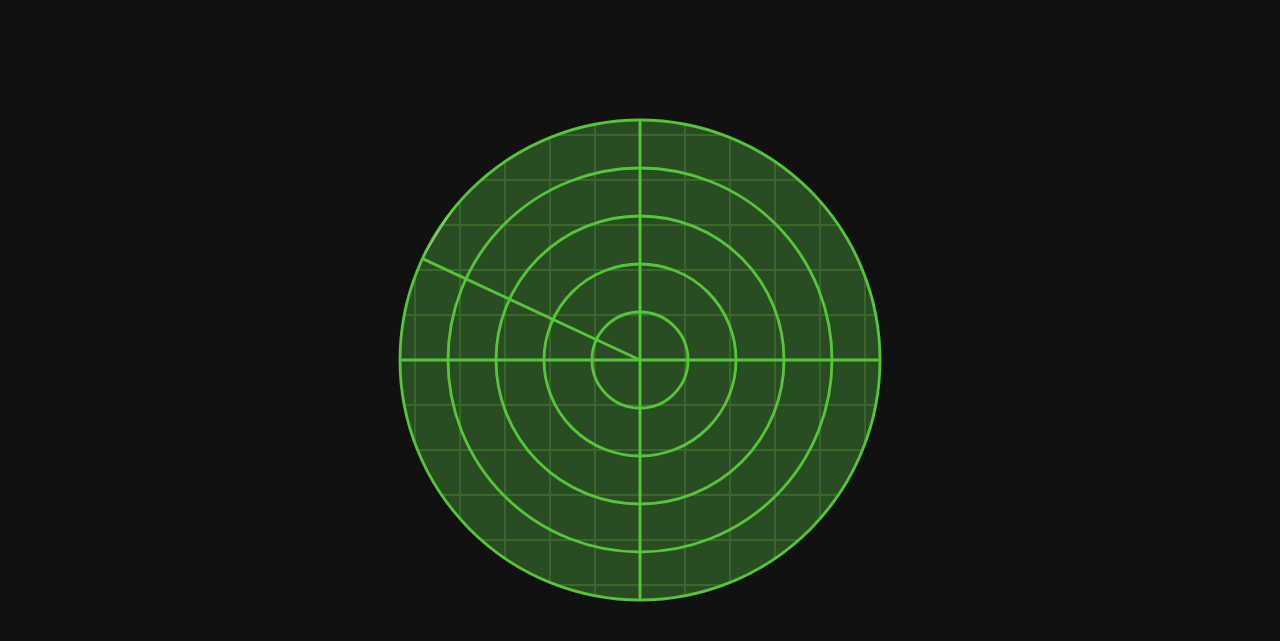
Repository: pedro-mancano/ProjetoCDM204
Page: scripts/radar.html
The author's editor kept a copy of each file at every save. The page is drawn from the files as they stood at one save, then again after the next save.
The browser window is 1280 px wide. The pictures show the whole page.

Above is the page before, as saved 2024-11-27 09:02:40.

### scripts/radar.html
<html>

<head>
  <title>Radars</title>
  <link rel="stylesheet" type="text/css" href="./radar.css">
</head>

<body>
  <div class="radar">
    <canvas id="radarCanvas" width="400" height="400"></canvas>
  </div>
  <script src="./radar.js"></script>

</html>

### scripts/radar.css
html,
body {
  background-color: #111;
  height: 100%;
  margin: 0;
  width: 100%;
}

.radar {
  height: 100%;
  width: 100%;
  display: flex;
}

#radarCanvas {
  margin: auto;
  position: relative;
}

### scripts/radar.js
const canvas = document.getElementById('radarCanvas');
const ctx = canvas.getContext('2d');
let lastDraw = performance.now();

size = Math.min(window.innerWidth, window.innerHeight);

ctx.canvas.width = size;
ctx.canvas.height = size;

scaleFactor = size / 500;

angle = 5;

function draw(elapsed) {
  ctx.clearRect(0, 0, canvas.width, canvas.height);

  angle += 0.5;

  const height = canvas.height;
  const width = canvas.width;
  const r = canvas.height / 3;
  const R = canvas.height / 2;


  // Draw the radar circle
  ctx.fillStyle = '#294c22';
  ctx.beginPath();
  ctx.arc(R, R, r, 0, 2 * Math.PI);
  ctx.fill();

  //
  ctx.strokeStyle = '#3a682e';
  ctx.lineWidth = scaleFactor;
  for (let i = 0; i < 2 * R; i += R / 8) {
    for (let j = 0; j < 2 * R; j += R / 8) {
      ctx.beginPath();
      ctx.moveTo(i, 0);
      ctx.lineTo(i, 2 * R);
      ctx.stroke();
      ctx.beginPath();
      ctx.moveTo(0, j);
      ctx.lineTo(2 * R, j);
      ctx.stroke();
    }
  }

  // Clear the outside circle
  ctx.globalCompositeOperation = 'destination-in';
  ctx.fillStyle = '#FFFFFF';
  ctx.beginPath();
  ctx.arc(R, R, r, 0, 2 * Math.PI);
  ctx.fill();
  ctx.globalCompositeOperation = 'source-over';


  // Draw grid lines (4 lines, 90 degrees apart)
  ctx.strokeStyle = '#54c638';
  ctx.lineWidth = 2 * scaleFactor;
  for (let i = 0; i < 360; i += 90) {
    ctx.beginPath();
    ctx.moveTo(R, R);
    ctx.lineTo(R + r * Math.cos(i * Math.PI / 180), R + r * Math.sin(i * Math.PI / 180));
    ctx.stroke();
  }

  // Circle outlines 5
  for (let i = 0; i < 6; i++) {
    ctx.beginPath();
    ctx.arc(R, R, r / 5 * i, 0, 2 * Math.PI);
    ctx.stroke();
  }

  // Draw the radar sweep
  ctx.strokeStyle = '#54c638';
  ctx.lineWidth = 2 * scaleFactor;
  ctx.beginPath();
  ctx.moveTo(R, R);
  ctx.lineTo(R + r * Math.cos(-angle * Math.PI / 180), R + r * Math.sin(-angle * Math.PI / 180));
  ctx.stroke();

  // Draw the radar arc sweep (15 deg) low opacity
  ctx.strokeStyle = '#54c638';
  ctx.lineWidth = 2 * scaleFactor;
  ctx.globalAlpha = 0.3;
  ctx.beginPath();
  ctx.arc(R, R, r, -angle * Math.PI / 180, (-angle + 15) * Math.PI / 180);
  ctx.fill();
  ctx.globalAlpha = 1;
}

function drawLoop() {
  draw(performance.now() - lastDraw);
  lastDraw = performance.now();
  requestAnimationFrame(drawLoop);
}

requestAnimationFrame(drawLoop);

After the next save:
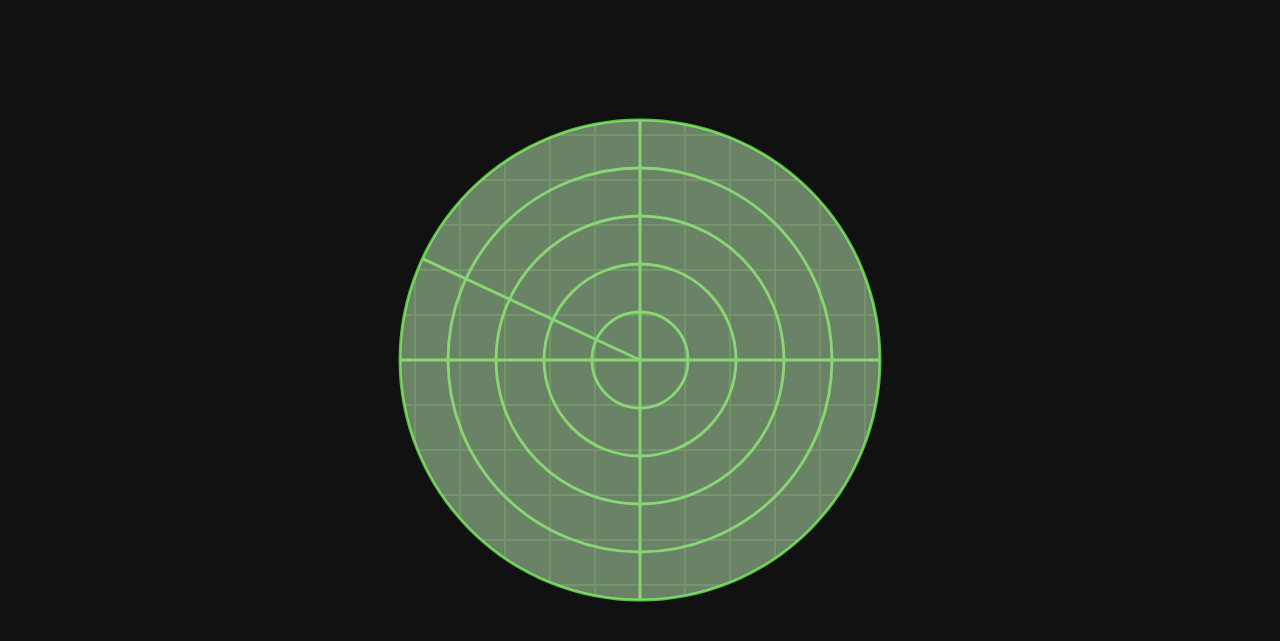
Saved 42 s later.
--- a/scripts/radar.js
+++ b/scripts/radar.js
@@ -83,7 +83,7 @@
   ctx.lineWidth = 2 * scaleFactor;
   ctx.globalAlpha = 0.3;
   ctx.beginPath();
-  ctx.arc(R, R, r, -angle * Math.PI / 180, (-angle + 15) * Math.PI / 180);
+  ctx.arc(R, R, r, 0, 2 * Math.PI);
   ctx.fill();
   ctx.globalAlpha = 1;
 }

After the save that followed:
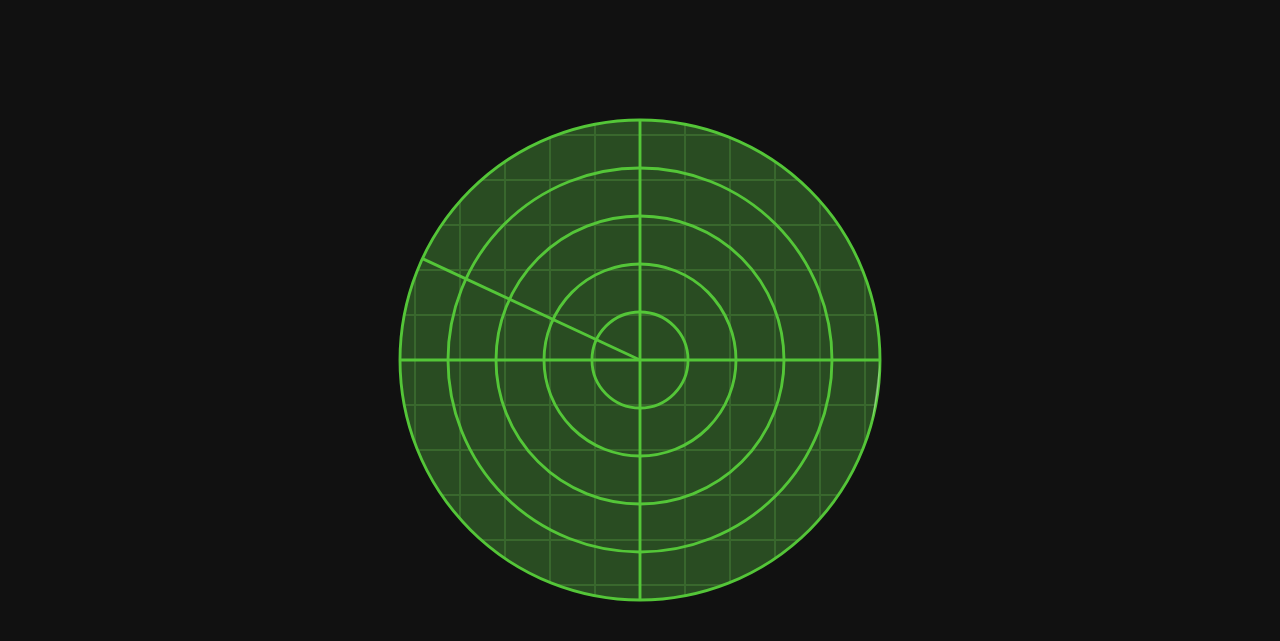
Saved 4 s later.
--- a/scripts/radar.js
+++ b/scripts/radar.js
@@ -83,7 +83,7 @@
   ctx.lineWidth = 2 * scaleFactor;
   ctx.globalAlpha = 0.3;
   ctx.beginPath();
-  ctx.arc(R, R, r, 0, 2 * Math.PI);
+  ctx.arc(R, R, r, 0, 2 * Math.PI * 15 / 360);
   ctx.fill();
   ctx.globalAlpha = 1;
 }
